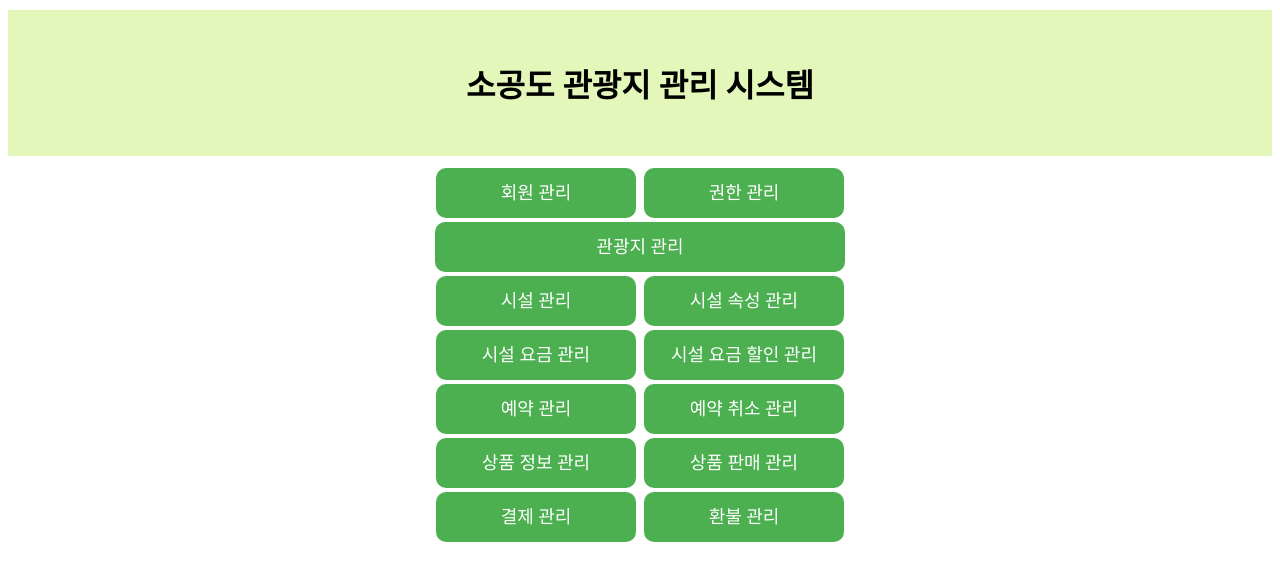
Repository: psyoongsc/SogongDo_Facility
Page: http://localhost/SogongDo_Management_System/
The author's editor kept a copy of each file at every save. The page is drawn from the files as they stood at one save, then again after the next save.
The browser window is 1280 px wide. The pictures show the whole page.
The pointer rests on the first visible `a`.
The page is served by Tomcat 9. Nobody is signed in. The application's start-up code is not run.

Above is the page before, as saved 2020-06-25 15:35:22.

After the next save:
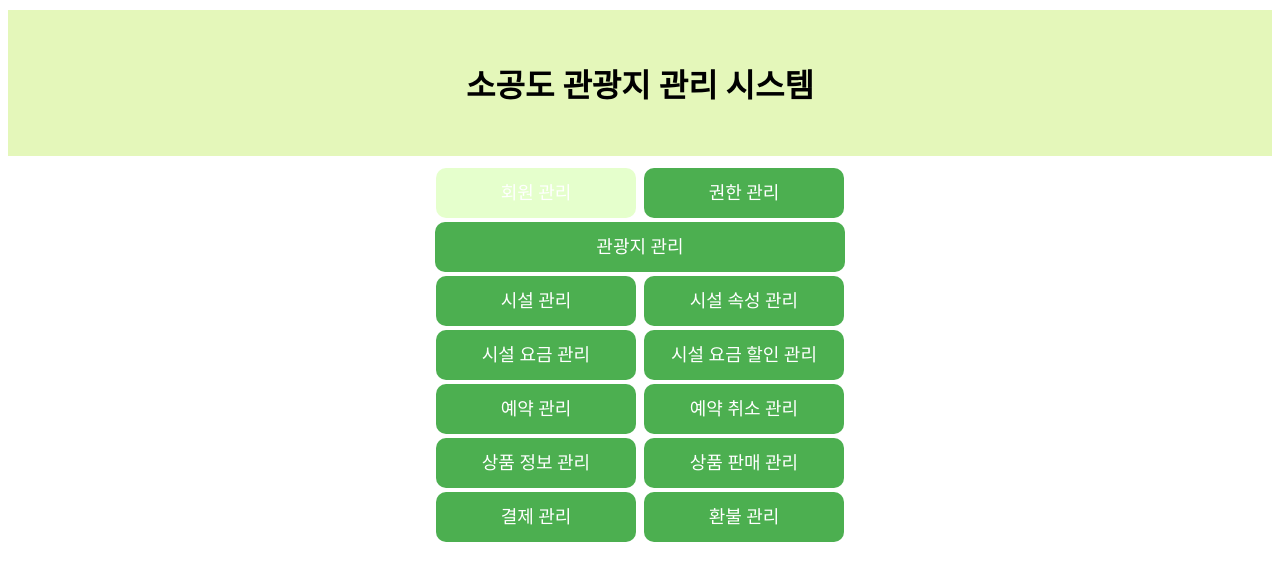
Saved 24 s later.
--- a/SogongDo_Management_System/WebContent/index.jsp
+++ b/SogongDo_Management_System/WebContent/index.jsp
@@ -19,7 +19,7 @@ a {
 }
 
 a:hover {
-	background-color: #4CAF50;
+	background-color: #E5FFCC;
 }
 
 a:link {
